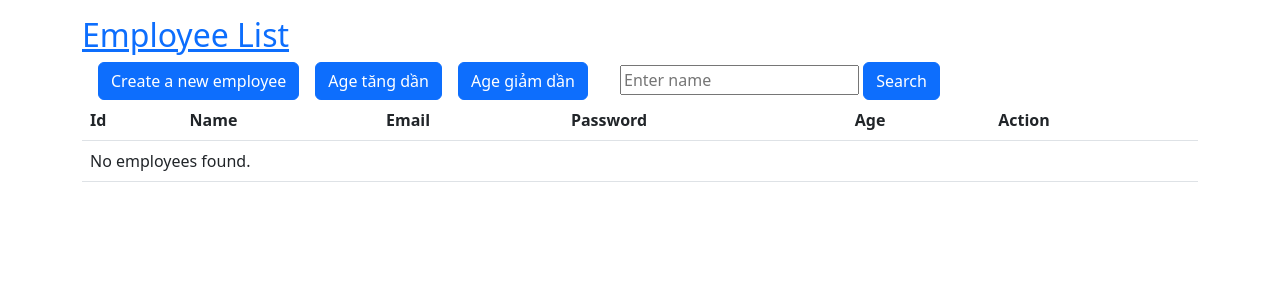
Repository: HoangLinh2001/PHP
Page: http://localhost/age_asc.php
These files come from the project's save history. The page is drawn as it stood at one moment and after the next save; the edit follows.
The browser window is 1280 px wide. The pictures show the whole page.
The page is run by PHP 8.4 with error messages shown; the project is at /var/www/html/. Queries for data that is not in the repository find no rows.

Above is the page before, as saved 2023-06-21 15:35:57.

After the next save:
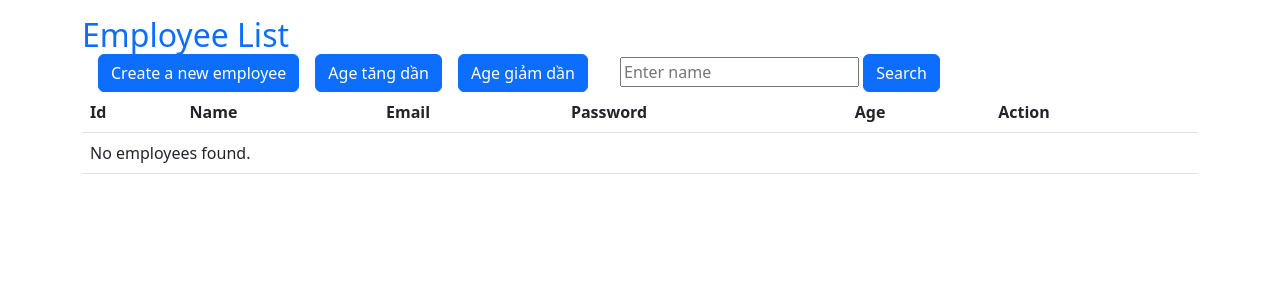
Saved 3 s later.
--- a/DEMOPHPBUOI2/age_asc.php
+++ b/DEMOPHPBUOI2/age_asc.php
@@ -28,7 +28,9 @@
     $result = $con->query($sql);
     ?>
     <div class="container mt-3">
-    <a href="list_employee.php" style="list-style-type:none;"><h2>Employee List</h2></a>
+    <a href="list_employee.php" style="text-decoration: none;">
+        <h2 style="margin: 0;">Employee List</h2>
+    </a>
         <div class="create-filter-employee">
             <a class="btn btn-primary" href="create_employee.php">Create a new employee</a>
             <a class="btn btn-primary" href="age_asc.php">Age tăng dần</a>
